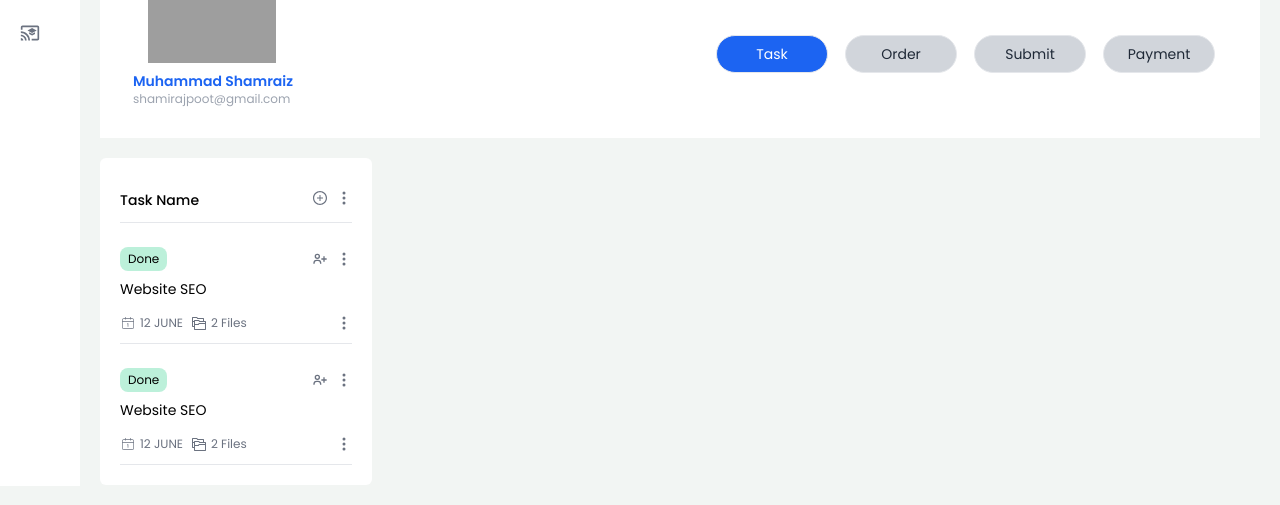
Repository: Shamraiz761/Frontend-Assessment
Page: /
The author's editor kept a copy of each file at every save. The page is drawn from the files as they stood at one save, then again after the next save.
The browser window is 1280 px wide. The pictures show the part of the page from y = 234 to 739 px (the page is 739 px tall).
Pictures or frames that could not be fetched are drawn as grey boxes. The project was rebuilt for these pictures with package versions that can differ from the ones it lists, and the page was loaded fresh each time. Also part of the build but not shown: vite.config.js. Imported but missing from the stored project, and not drawn on this page: src/pages/auth/login.

Above is the page before, as saved 2023-06-08 16:01:51.

### src/main.jsx
import ReactDOM from 'react-dom/client'

import React from 'react'

import App from './App.jsx'
import './index.css'

ReactDOM.createRoot(document.getElementById('root')).render(
  <React.StrictMode>
    <App />
  </React.StrictMode>,
)

### src/App.jsx
import React from 'react'
import { DndProvider } from 'react-dnd'
import { HTML5Backend } from 'react-dnd-html5-backend'
import 'flowbite'

import AppRoutes from './routes'

export default function App() {
  return (
    <DndProvider backend={HTML5Backend}>
      <AppRoutes />
    </DndProvider>
  )
}

### src/index.css
@import url("https://fonts.googleapis.com/css2?family=Poppins:wght@400;500;600;700;800;900&display=swap");

@tailwind base;
@tailwind components;
@tailwind utilities;

* {
  margin: 0;
  padding: 0;
}

body {
  margin: 0;
  font-family: "Poppins", -apple-system, BlinkMacSystemFont, "Segoe UI",
    "Roboto", "Oxygen", "Ubuntu", "Cantarell", "Fira Sans", "Droid Sans",
    "Helvetica Neue", sans-serif;
  -webkit-font-smoothing: antialiased;
  -moz-osx-font-smoothing: grayscale;
  width: 100vw;
  overflow-x: hidden;
  background-color: #f2f5f3;
  /* background: linear-gradient(180deg, #faefe8 0%, #edc7ac 100%); */
}

code {
  font-family: source-code-pro, Menlo, Monaco, Consolas, "Courier New",
    monospace;
}

.pointer-cursor {
  cursor: pointer;
}

.cusBorder {
  border: 1px solid #000;
  border-radius: 5px;
}

img {
  cursor: pointer;
}
.errors {
  color: #dc3545;
  padding: 0;
  margin: 0;
  font-size: 12px;
}
.loader {
  position: fixed;
  top: 0;
  bottom: 0;
  left: 0;
  right: 0;
  background-color: rgba(47, 151, 161, 0.32);

  display: flex;
  justify-content: center;
  align-items: center;
}

.link {
  color: #000;
  cursor: pointer;
  text-decoration: none;
}
.link:hover {
  color: #000;
}

.trans-btn {
  background-color: transparent;
  border: none;
}
.profile-logout-btn {
  border: 0;
}
.profile-logout-btn:hover {
  border: 0;
}
.profile-btn {
  border-radius: 0;
  border: 0;
}
.logout-btn {
  border-radius: 0;
  border: 0;
}
.logout-btn:hover {
  background-color: rgba(220, 53, 69, 0.5);
  border: 0;
  color: #fff;
}
.breadcrumbs ul {
  list-style: none;
  display: inline-block;
}

.breadcrumbs ul li {
  display: inline;
}

.breadcrumbs ul li .bc-link {
  /* display: block; */
  width: max-content;
  background-color: #f8f9fa;
  padding: 6px 15px 6px 25px;
  text-align: center;
  position: relative;
  margin: 0 10px 0 0;
  font-size: 15px;
  text-decoration: none;
  color: #000;
}
.breadcrumbs ul li .bc-link::after {
  content: "";
  border-top: 17px solid transparent;
  border-bottom: 17px solid transparent;
  border-left: 17px solid #f8f9fa;
  position: absolute;
  top: 0;
  right: -17px;
  z-index: 1;
}
.breadcrumbs ul li .bc-link::before {
  content: "";
  border-top: 17px solid transparent;
  border-bottom: 17px solid transparent;
  border-left: 17px solid #71cdd5;
  position: absolute;
  top: 0;
  left: 0;
}
.breadcrumbs ul li:first-child .bc-link {
  border-top-left-radius: 5px;
  border-bottom-left-radius: 5px;
}
.breadcrumbs ul li:first-child .bc-link::before {
  display: none;
}

.breadcrumbs ul li:last-child .bc-link {
  padding-right: 20px;
  border-top-right-radius: 5px;
  border-bottom-right-radius: 5px;
}
.breadcrumbs ul li:last-child .bc-link::after {
  display: none;
}

@media screen and (max-width: 500px) {
  .breadcrumbs ul li .bc-link {
    /* display: block; */
    padding: 2px 2px 2px 13px;
    /* margin: 0 10px 0 0; */
    font-size: 14px;
  }

  .breadcrumbs ul li .bc-link::after {
    content: "";
    border-top: 11.6px solid transparent;
    border-bottom: 11.6px solid transparent;
    border-left: 11.6px solid #f8f9fa;
    position: absolute;
    top: 0;
    right: -11.6px;
    z-index: 1;
  }
  .breadcrumbs ul li .bc-link::before {
    content: "";
    border-top: 11.6px solid transparent;
    border-bottom: 11.6px solid transparent;
    border-left: 11.6px solid #71cdd5;
    position: absolute;
    top: 0;
    left: 0;
  }
  .breadcrumbs ul li:last-child .bc-link {
    padding-right: 5px;
  }
}

@media screen and (max-width: 350px) {
  .breadcrumbs ul li .bc-link {
    /* display: block; */
    padding: 2px 2px 2px 12px;
    /* margin: 0 10px 0 0; */
    font-size: 10px;
  }

  .breadcrumbs ul li .bc-link::after {
    content: "";
    border-top: 9px solid transparent;
    border-bottom: 9px solid transparent;
    border-left: 9px solid #f8f9fa;
    position: absolute;
    top: 0;
    right: -9px;
    z-index: 1;
  }
  .breadcrumbs ul li .bc-link::before {
    content: "";
    border-top: 9px solid transparent;
    border-bottom: 9px solid transparent;
    border-left: 9px solid #edc7ac;
    position: absolute;
    top: 0;
    left: 0;
  }
  .breadcrumbs ul li:last-child .bc-link {
    padding-right: 5px;
  }
}

/* ********************************************** */

### src/routes/index.jsx
import {
  createBrowserRouter,
  createRoutesFromElements,
  RouterProvider,
  Route,
} from "react-router-dom";

import * as React from "react";

import Layout from "./layout";
import Root from "./root";

import Home from "../pages/dashboard";
import Login from "../pages/auth/login";
import Header from "../components/header/index";

export default function AppRoutes() {
  const router = createBrowserRouter(
    createRoutesFromElements(
      <Route path="/" element={<Root />}>
        <Route path="/login" element={<Login />} />

        <Route element={<Layout />}>
          <Route path="/" element={<Home />} />
        </Route>
      </Route>
    )
  );

  return <RouterProvider router={router} />;
}

### src/routes/layout.jsx
import { Link, Outlet, useNavigate } from "react-router-dom";
import { Gi3DGlasses } from "react-icons/gi";
import { CgProfile } from "react-icons/cg";
import { BsArrowLeft, BsFillChatSquareTextFill } from "react-icons/bs";
import { MdOutlineDashboard, MdOutlineCastForEducation } from "react-icons/md";

import React, { useState } from "react";
import Header from "../components/header/index";

export default function Layout() {
  const [open, setOpen] = useState(false);
  const [type, setType] = useState(false);
  const navigate = useNavigate();
  return (
    <div>
      {/* {loading && <LoadingSpinner asOverlay />} */}
      <div
        className={` h-screen bg-white  p-3 ${
          open ? "w-56" : "w-20"
        } fixed top-0 sidebar z-50`}
      >
        {/* Logo */}

        <div className="flex flex-row justify-center">
          <svg
            width="67"
            height="67"
            viewBox="0 0 67 67"
            fill="none"
            xmlns="http://www.w3.org/2000/svg"
            className={` text-4xl block float-left cursor-pointer rounded duration-500 ${
              !open && "rotate-[360deg]"
            }`}
            onClick={() => {
              setOpen(!open);
              setType(false);
            }}
          >
            <path
              d="M22.138 15.2984L30.8759 24.0363C32.3276 25.488 34.7005 25.488 36.1522 24.0363L44.8901 15.2984C47.2351 12.9534 45.588 8.90552 42.238 8.90552H24.7622C21.4401 8.90552 19.7651 12.9534 22.138 15.2984Z"
              fill="#208FF5"
            />
            <path
              d="M22.138 51.7017L30.8759 42.9637C32.3276 41.5121 34.7005 41.5121 36.1522 42.9637L44.8901 51.7017C47.2351 54.0467 45.588 58.0946 42.238 58.0946H24.7622C21.4401 58.0946 19.7651 54.0467 22.138 51.7017Z"
              fill="#208FF5"
            />
            <path
              d="M6.03002 31.9088L12.423 21.8588C13.428 20.2676 15.6614 20.0163 17.0014 21.3563L27.0514 31.4063C28.1959 32.5509 28.1959 34.4213 27.0514 35.5659L17.0014 45.6159C15.6614 46.9559 13.456 46.7047 12.423 45.1134L6.03002 35.0634C5.44377 34.1142 5.44377 32.8859 6.03002 31.9088Z"
              fill="#208FF5"
            />
            <path
              d="M60.9701 31.9088L54.5771 21.8588C53.5721 20.2676 51.3387 20.0163 49.9987 21.3563L39.9488 31.4063C38.8042 32.5509 38.8042 34.4213 39.9488 35.5659L49.9987 45.6159C51.3387 46.9559 53.5442 46.7047 54.5771 45.1134L60.9701 35.0634C61.5563 34.1142 61.5563 32.8859 60.9701 31.9088Z"
              fill="#208FF5"
            />
          </svg>
        </div>

        {/* Search */}

        <ul className="pt-2">
          {/* Dashboard */}
          <Link
            to="/"
            className={` rounded-md text-gray-500  text-xs flex items-center gap-x-4 cursor-pointer hover:bg-gray-50 hover:text-blue-500 py-4 p-2`}
          >
            <span className="text-xl block float-left">
              <MdOutlineDashboard />
            </span>
            <span
              className={` text-sm font-md flex-1
          ${!open && "hidden"}`}
            >
              Marketplace
            </span>
          </Link>

          <Link
            className={` rounded-md text-gray-500  text-xs flex items-center gap-x-4 cursor-pointer hover:bg-gray-50 hover:text-blue-500 py-4 p-2`}
            to="/profile"
          >
            <span className="text-xl block float-left">
              <CgProfile />
            </span>
            <span
              className={` text-xs font-md flex-1
          ${!open && "hidden"}`}
            >
              Profile
            </span>
          </Link>

          {/* Lens */}
          <Link
            className={` rounded-md text-gray-500  text-xs flex items-center gap-x-4 cursor-pointer hover:bg-gray-50 hover:text-blue-500 py-4 p-2`}
            to="/chat"
          >
            <span className="text-lg block float-left">
              <BsFillChatSquareTextFill />
            </span>
            <span
              className={` text-xs font-md flex-1
          ${!open && "hidden"}`}
            >
              Chat
            </span>
          </Link>

          {/* Orders */}
          <Link
            className={` rounded-md text-gray-500  text-xs flex items-center gap-x-4 cursor-pointer hover:bg-gray-50 hover:text-blue-500 py-4 p-2`}
            to="/education"
          >
            <span className="text-xl block float-left">
              <MdOutlineCastForEducation />
            </span>
            <span
              className={` text-xs font-md flex-1
          ${!open && "hidden"}`}
            >
              Education
            </span>
          </Link>
        </ul>
      </div>
      <div className={` ${open ? "ml-56" : "ml-20"}`}>
        <Header />
        <Outlet />
      </div>
    </div>
  );
}

### src/routes/root.jsx
import { Outlet } from 'react-router-dom'

import React from 'react'

export default function Root() {
    return (
        <Outlet />
    )
}

### src/pages/Dashboard/index.jsx
import { AiOutlinePlusCircle } from "react-icons/ai";
import { BsThreeDotsVertical } from "react-icons/bs";

import React from "react";

import "./index.css";
import Profile from "../../components/dashboard/profile";
import Card from "../../components/dashboard/card";

function Home() {
  return (
    <div>
      <Profile />
      <div className="m-5 grid grid-cols-1 sm:grid-cols-2 md:grid-cols-4 gap-6 ">
        <div className="bg-white p-5 rounded-md">
          <div className="flex flex-row justify-between py-3 border-b">
            <div className="text-sm font-medium">Task Name</div>
            <div className="flex flex-row text-gray-500">
              <AiOutlinePlusCircle className="mr-2" />
              <BsThreeDotsVertical />
            </div>
          </div>
          <Card />
          <Card />
        </div>
      </div>
    </div>
  );
}
export default Home;

### src/components/header/index.jsx
import { IoIosNotifications } from "react-icons/io";

import React from "react";
import { CgProfile } from "react-icons/cg";

function Header() {
  return (
    <div>
      {/* component */}
      <nav className=" bg-white w-full flex relative justify-between items-center mx-auto px-8 py-4 h-16">
        {/* search bar */}
        <div className="hidden sm:block flex-shrink flex-grow-0 justify-start px-2">
          <div className="inline-block">
            <div className="inline-flex items-center max-w-full">
              <input
                className="flex items-center text-gray-400 bg-slate-50 justify-between  flex-grow-0  relative w-72 border rounded-lg  py-1"
                type="search"
                placeholder="Search"
              />

              <div className="flex items-center justify-center relative  h-8 w-24 rounded-full"></div>
            </div>
          </div>
        </div>

        <div className="flex-initial">
          <div className="flex justify-end items-center relative">
            <div className="block">
              <div className="inline relative sm:flex sm:flex-row sm:justify-center">
                <button
                  type="button"
                  className="inline-flex items-center relative px-2  rounded-full hover:shadow-lg"
                >
                  <IoIosNotifications className="text-gray-400 text-xl" />
                </button>
                <button
                  type="button"
                  className="inline-flex items-center relative px-2  rounded-full hover:shadow-lg"
                >
                  <CgProfile className="text-gray-400 text-xl" />
                </button>
              </div>
            </div>
          </div>
        </div>
        {/* end login */}
      </nav>
    </div>
  );
}

export default Header;

### src/pages/Dashboard/index.css
.dashboard-cover-iamge{
    background: url("../../assets/images/dashboard-back.png");
    background-position: center;
    background-repeat: no-repeat;
    background-size: cover;

}

### src/components/dashboard/profile.jsx
import profile from "../../assets/images/Ellipse 1631.png";

import React from "react";

function Profile() {
  return (
    <div className="m-5  w-[11/12] md:h-72 h-[360px]  bg-white">
      <div className="dashboard-cover-iamge h-[150px]  w-[100%]"></div>
      <div className="grid lg:grid-cols-2 grid-cols-1 md:grid-cols-2 flex-row justify-between flex-wrap">
        <div className="ml-12">
          <img src={profile} className="h-32 w-32 mt-[-65px]  " />
          <h1 className="text-blue-600 font-semibold text-sm ml-[-15px] mt-2">
            Muhammad Shamraiz
          </h1>
          <p className="text-gray-400 text-xs font-thin ml-[-15px]">
            shamirajpoot@gmail.com
          </p>
        </div>
        <div className="grid my-3 grid-cols-2 lg:grid-cols-4 md:justify-end justify-between mx-8 items-center ">
          <button className="btn border  rounded-full w-24 lg:w-28 m-1  px-4 py-2 bg-blue-600 text-sm  text-white">
            Task
          </button>
          <button className="btn border  rounded-full w-24 lg:w-28 m-1 px-4 py-2 bg-gray-300 text-sm  text-gray-800">
            Order
          </button>
          <button className="btn border  rounded-full w-24 lg:w-28  m-1 px-4 py-2 bg-gray-300 text-sm  text-gray-800">
            Submit
          </button>
          <button className="btn border  rounded-full w-24 lg:w-28 m-1 px-4 py-2 bg-gray-300 text-sm  text-gray-800">
            Payment
          </button>
        </div>
      </div>
    </div>
  );
}

export default Profile;

### src/components/dashboard/card.jsx
import { BiUserPlus } from "react-icons/bi";
import { CiCalendarDate } from "react-icons/ci";
import { VscFileSubmodule } from "react-icons/vsc";
import { BsThreeDotsVertical } from "react-icons/bs";

import React from "react";

function Card() {
  return (
    <div className="border-b py-3">
      <div className="flex flex-row justify-between mt-3 ">
        <span className="bg-green-200 px-2 py-1 rounded-lg text-xs font-thin">
          Done
        </span>
        <div className="flex flex-row text-gray-500 mt-1">
          <BiUserPlus className="mr-2 " />
          <BsThreeDotsVertical />
        </div>
      </div>
      <h1 className="text-sm my-2">Website SEO</h1>

      <div className="flex flex-row justify-between mt-3">
        <div className="flex flex-row">
          <div className="flex flex-row text-gray-500 mt-1">
            <CiCalendarDate className="mr-1" />
            <p className="text-xs font-thin text-gray-500 mr-2">12 JUNE</p>
          </div>
          <div className="flex flex-row text-gray-500 mt-1">
            <VscFileSubmodule className="mr-1" />
            <p className="text-xs font-thin text-gray-500 mr-2">2 Files</p>
          </div>
        </div>
        <div className="flex flex-row text-gray-500 mt-1">
          <BsThreeDotsVertical />
        </div>
      </div>
    </div>
  );
}

export default Card;

### tailwind.config.cjs
const colors = require('tailwindcss/colors');
const defaultTheme = require('tailwindcss/defaultTheme');

module.exports = {
  content: ['./src/**/*.{js,jsx,ts,tsx}', "node_modules/flowbite/**/*.js"],
  theme: {
    extend: {
      colors: {
        // set primary color from figma
        // primary: {
        // },
      },
      fontFamily: {
        poppins: ['Poppins', ...defaultTheme.fontFamily.sans],
      },
      fontSize: {
        xxs: '0.5rem',
      },
    },
  },
  plugins: [
    require('flowbite/plugin')
  ],

};

Loaded but not shown: index.html (common file)

After the next save:
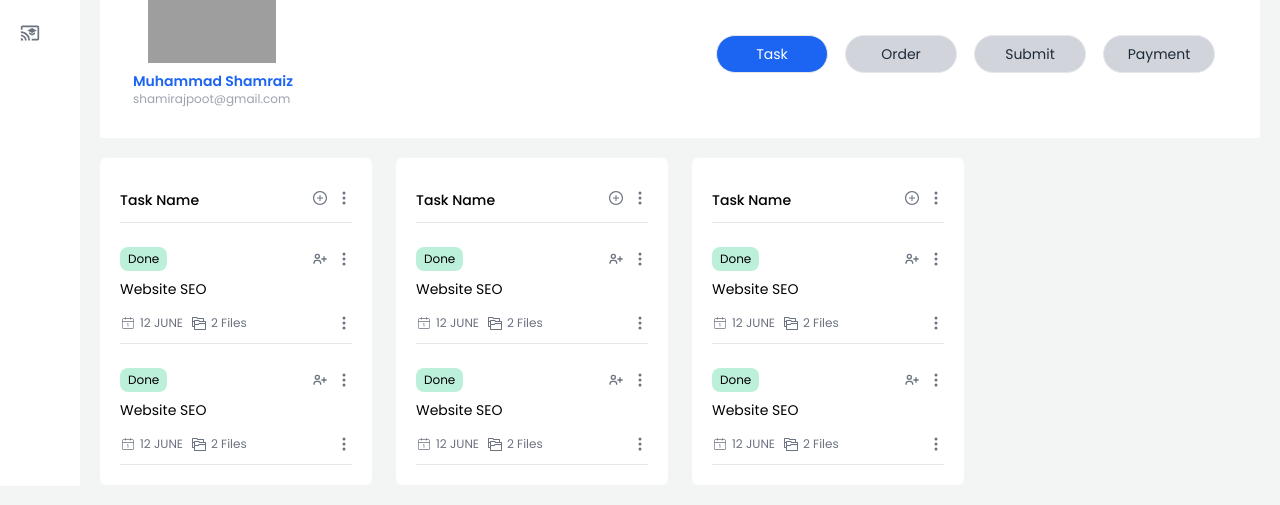
Saved 26 s later.
--- a/src/pages/Dashboard/index.jsx
+++ b/src/pages/Dashboard/index.jsx
@@ -23,6 +23,28 @@ function Home() {
           <Card />
           <Card />
         </div>
+        <div className="bg-white p-5 rounded-md">
+          <div className="flex flex-row justify-between py-3 border-b">
+            <div className="text-sm font-medium">Task Name</div>
+            <div className="flex flex-row text-gray-500">
+              <AiOutlinePlusCircle className="mr-2" />
+              <BsThreeDotsVertical />
+            </div>
+          </div>
+          <Card />
+          <Card />
+        </div>
+        <div className="bg-white p-5 rounded-md">
+          <div className="flex flex-row justify-between py-3 border-b">
+            <div className="text-sm font-medium">Task Name</div>
+            <div className="flex flex-row text-gray-500">
+              <AiOutlinePlusCircle className="mr-2" />
+              <BsThreeDotsVertical />
+            </div>
+          </div>
+          <Card />
+          <Card />
+        </div>
       </div>
     </div>
   );
